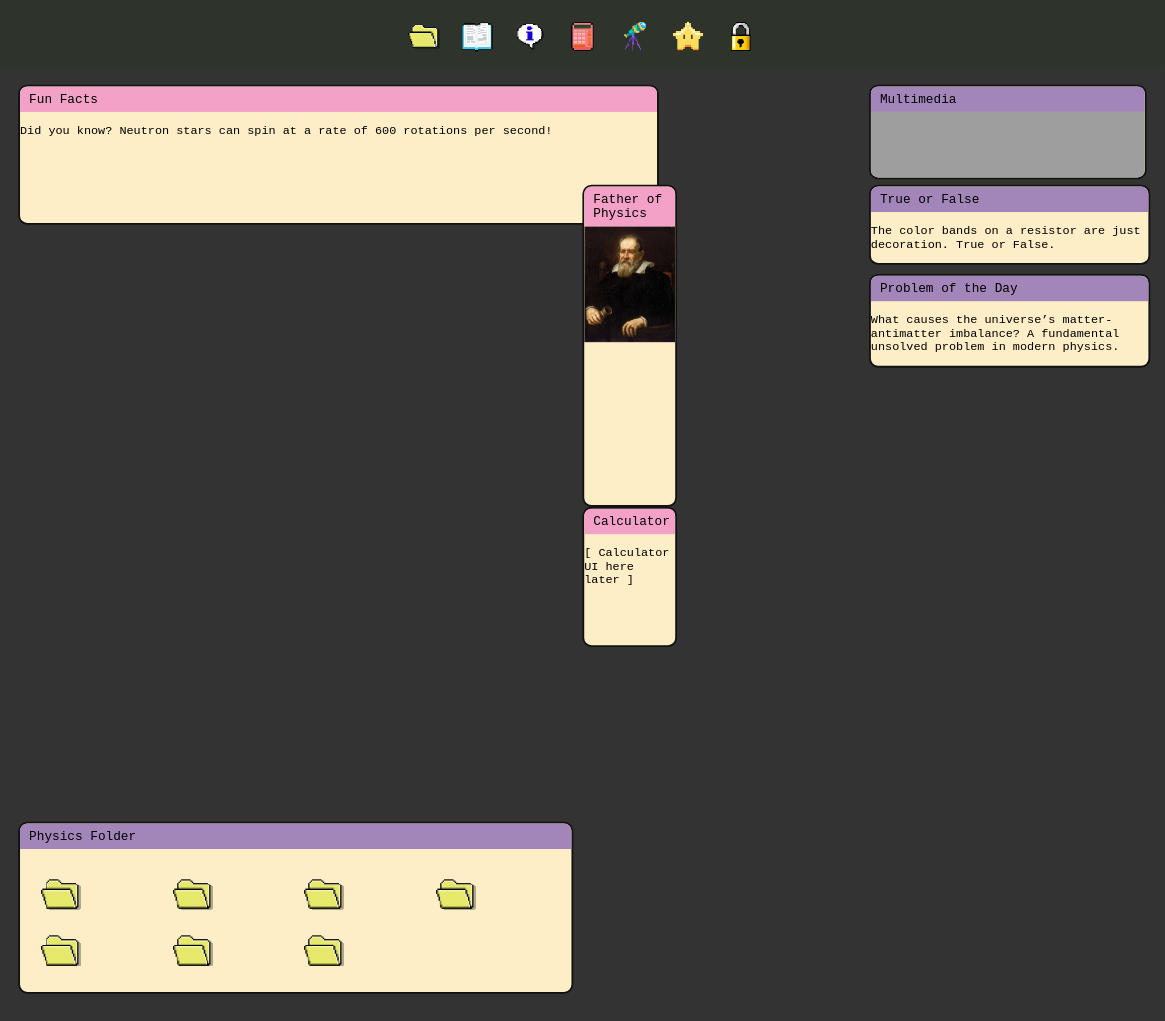
Repository: scarfer14/CCPHYS2L_Project
Page: /dashboard
These files come from the project's save history. The page is drawn as it stood at one moment and after a run of saves; the edit follows.
The browser window is 1280 px wide. The pictures show the whole page, at 91% of full size.
Pictures or frames that could not be fetched are drawn as grey boxes. The project was rebuilt for these pictures with package versions that can differ from the ones it lists, and the page was loaded fresh each time. Also part of the build but not shown: vite.config.js, src/astartsc/start.jsx, src/lessons/folder1.css, src/lessons/folder1.jsx, src/lessons/book.css, src/lessons/book.jsx, src/lessons/email.css, src/lessons/email.jsx and 2 more.

Above is the page before, as saved 2025-05-29 15:34:14.

### index.html
<!doctype html>
<html lang="en">
  <head>
    <meta charset="UTF-8" />
    <link rel="icon" type="image/svg+xml" href="/gal.png" />
    <meta name="viewport" content="width=device-width, initial-scale=1.0" />
    <title>Physics Blast</title>
  </head>
  <link href="https://fonts.googleapis.com/css2?family=Orbitron:wght@500&family=Press+Start+2P&display=swap" rel="stylesheet">
  <body>
    <div id="root"></div>
    <script type="module" src="/src/main.jsx"></script>
  </body>
</html>

### src/index.css
:root {
  font-family: 'Press Start 2P', monospace;
  background-color: #2e342b;
  margin: 0;
  padding: 0;
  box-sizing: border-box;
}

body, html {
  margin: 0;
  padding: 0;
  width: 100%;
  height: 100%;
}

### src/App.jsx
import React from 'react';
import { BrowserRouter as Router, Routes, Route } from 'react-router-dom';

import Start from './astartsc/start';
import Dash from './bdashsc/dashnavbar';
import Dashbody from './bdashsc/dashbody';

import Folder1 from './lessons/folder1';
import Book from './lessons/book';


function Unlock() {
  return (
    <div>
      <Start />
    </div>
  );
}

function Dashboard() {
  return (
    <div>
      <Dash />
      <Dashbody />
    </div>
  );
}

function Lessons() {
  return (
    <div>
      <Folder1 />
      <Book />
    </div>
  );
}

function App() {
  return (
    <Router>
      <Routes>
        <Route path="/" element={<Unlock />} />
        <Route path="/unlock" element={<Unlock />} />
        <Route path="/dashboard" element={<Dashboard />} />
        <Route path="/folder1" element={<Lessons />} />
      </Routes>
    </Router>
  );
}

export default App;

### src/bdashsc/dashnavbar.jsx
import React, { useState } from 'react';
import { useNavigate } from 'react-router-dom';
import './dashnavbar.css';
import Folder1 from '../lessons/folder1';
import Book from '../lessons/book';
import Email from '../lessons/email';
import Telescope from '../lessons/telescope';


const icons = [
  'folder', 'book', 'email', 'calc', 'cat',
  'star', 'lock'
];


export default function DashNavbar() {
  const navigate = useNavigate();
  const [showFolder1, setShowFolder1] = useState(false);
  const [showBook, setShowBook] = useState(false);
  const [showEmail, setShowEmail] = useState(false);
  const [showTelescope, setShowTelescope] = useState(false);

  const handleIconClick = (icon) => {
    if (icon === 'folder') {
      setShowFolder1(true);
    }
    if (icon === 'book') {
      setShowBook(true);
    }
    if (icon === 'email') {
      setShowEmail(true);
    }
    if (icon === 'cat') {
      setShowTelescope(true);
    }
    else if (icon === 'lock')
    {
        navigate('/unlock');
    }
    else if (icon === 'star')
    {
        window.open('https://phet.colorado.edu/sims/html/circuit-construction-kit-dc/latest/circuit-construction-kit-dc_en.html');
    }


  };

  const handleCloseFolder1 = () => {
    setShowFolder1(false);
  };

  const handleCloseBook = () => {
    setShowBook(false);
  };

  const handleCloseEmail = () => {
    setShowEmail(false);
  };

  const handleCloseTelescope = () => {
    setShowTelescope(false);
  };


  return (
    <>
      <div className="dash-navbar">
        {icons.map((icon, index) => (
          <button
            key={index}
            className="icon-button"
            title={icon}
            onClick={() => handleIconClick(icon)}
          >
            <img src={`/assets/icons/${icon}.png`} alt={icon} />
          </button>
        ))}
      </div>

      {showFolder1 && <Folder1 onClose={handleCloseFolder1} />}
      {showBook && <Book onClose={handleCloseBook} />}
      {showEmail && <Email onClose={handleCloseEmail} />}
      {showTelescope && <Telescope onClose={handleCloseTelescope} />}
    </>
  );
}

### src/bdashsc/dashbody.jsx
import React from 'react';
import './dashbody.css';

export default function DashBody() {
  return (
    <div className="dashboard-content">

      <div className="tab fun-facts">
        <div className="tab-header">Fun Facts</div>
        <p>Did you know? Neutron stars can spin at a rate of 600 rotations per second!</p>
      </div>

      <div className="tab multimedia">
        <div className="tab-header1">Multimedia</div>
        <iframe
          src="https://www.youtube.com/embed/pSHVbLPWA28"
          title="Physics Video"
          allowFullScreen
        ></iframe>
      </div>

      <div className="tab physics-folder">
        <div className="tab-header1">Physics Folder</div>
        <div className="folder-grid">
          <img src="/assets/icons/folder.png" alt="Folder 1" />
          <img src="/assets/icons/folder.png" alt="Folder 2" />
          <img src="/assets/icons/folder.png" alt="Folder 3" />
          <img src="/assets/icons/folder.png" alt="Folder 4" />
          <img src="/assets/icons/folder.png" alt="Folder 5" />
          <img src="/assets/icons/folder.png" alt="Folder 6" />
          <img src="/assets/icons/folder.png" alt="Folder 7" />
        </div>
      </div>

    <div className="middle-stack">
      <div className="tab father">
        <div className="tab-header">Father of Physics</div>
        <img src="/assets/icons/galileogalilei.jpg" alt="Galileo Galilei" />
      </div>

      <div className="tab calculator">
        <div className="tab-header">Calculator</div>
        <p>[ Calculator UI here later ]</p>
      </div>
    </div>

      <div className="right-stack">
        <div className="tab fun-fact-2">
          <div className="tab-header1">True or False</div>
          <p>The color bands on a resistor are just decoration. True or False.</p>
        </div>

        <div className="tab problem">
          <div className="tab-header1">Problem of the Day</div>
          <p>
            What causes the universe’s matter-antimatter imbalance? A fundamental unsolved problem in modern physics.
          </p>
        </div>
      </div>

    </div>
  );
}

### src/astartsc/start.css

@import url('https://fonts.googleapis.com/css2?family=Press+Start+2P&display=swap');

body {
  margin: 0;
  background: #2e342b;
  font-family: 'Press Start 2P', monospace;
}

.screen {
  width: 100vw;
  height: 100vh;
  background-color: #2e342b;
  padding: 40px;
  display: flex;
  flex-direction: column;
  align-items: center;
  justify-content: center;
  box-shadow:
    0 0 60px 20px rgba(0, 0, 0, 0.6),
    inset 0 0 200px rgba(0, 0, 0, 0.9),
    inset 0 0 80px rgba(0, 0, 0, 0.7);
  position: relative;
  text-align: center;
  box-sizing: border-box;
  overflow: hidden;
  border-radius: 12px;
}

.welcome {
  color: #99ff99;
  margin-bottom: 10px;
  font-size: 20px;
  margin-bottom: 25px;
}

.title {
  color: #99ff99;
  font-size: 50px;
  line-height: 1.2;
  margin-bottom: 20px;
}

.unlock-btn {
  font-size: 15px;
  background-color: transparent;
  color: #aaffaa;
  border: 1px solid #aaffaa;
  padding: 6px 12px;
  cursor: pointer;
  margin-top: 100px;
  animation: blink 1s infinite alternate;
  font-family: 'Press Start 2P', monospace;
}

.unlock-btn:hover {
  background-color: #333;
}

@keyframes blink {
  from { opacity: 5; }
  to { opacity: 0.4; }
}

### src/bdashsc/dashnavbar.css
.dash-navbar {
  background-color: #2e342b;
  padding: 6px 10px;
  display: flex;
  justify-content: center;
  gap: 10px;
  align-items: center;
}

.icon-button {
  background: transparent;
  border: transparent;
  padding: 4px;
  cursor: pointer;
  transition: transform 0.1s ease-in-out;
}

.icon-button:hover {
  transform: scale(1.1);
  filter: brightness(1.3);
}

.icon-button img {
  margin-top: 10px;
  width: 40px;
  height: 40px;
  image-rendering: pixelated;
}

.popup-overlay {
  position: fixed;
  top: 0;
  left: 0;
  width: 100%;
  height: 100%;
  background: rgba(0, 0, 0, 0.6);
  display: flex;
  justify-content: center;
  align-items: center;
  z-index: 999;
}

.popup-content {
  background: #fff;
  padding: 20px;
  border-radius: 12px;
  width: 80%;
  max-width: 600px;
  max-height: 90vh;
  overflow-y: auto;
  position: relative;
}

.close-btn {
  position: absolute;
  top: 10px;
  right: 14px;
  background: transparent;
  border: none;
  font-size: 24px;
  cursor: pointer;
}

### src/bdashsc/dashbody.css
.dashboard-content {
  display: grid;
  grid-template-columns: 2fr 1fr 1fr;
  grid-template-rows: 100px auto auto; /* <-- added 3rd row */
  gap: 10px;
  padding: 20px;
  background-color: #333;
  grid-template-areas:
    "fun-facts fun-facts multimedia"
    "physics-folder father right-stack"
    ". calculator ."; /* place calculator below father */
}


/* General Tab Styling */
.tab {
  background-color: #fdeec7;
  border: 2px solid #111;
  color: #000000;
  font-family: monospace;
  overflow: hidden;
  border-radius: 10px;
  display: flex;
  flex-direction: column;
}

.tab-header,
.tab-header1 {
  padding: 6px 10px;
  font-size: 14px;
  text-align: left;
}

.tab-header {
  background-color: #f4a1c8;
}

.tab-header1 {
  background-color: #a285b9;
}

/* Grid Area Assignments */
.fun-facts      { grid-area: fun-facts; height: 150px; width: 700px;}
.multimedia     { grid-area: multimedia; height: 100px;}
.physics-folder { grid-area: physics-folder; margin-top: 700px; min-width: 500px; }
.father         { grid-area: father; height: 350px; width: 100px}

/* Right Column Stack */
.right-stack {
  grid-area: right-stack;
  display: flex;
  flex-direction: column;
  gap: 10px;
}

/* Clear old positioning from individually stacked tabs */
.fun-fact-2,
.problem,
.calculator {
  height: auto;
  width: 100%;
}

/* Folders Section */
.physics-folder .folder-grid {
  display: grid;
  grid-template-columns: repeat(4, 1fr);
  margin-top: 5px;
  gap: 12px;
  padding: 20px;
}

.folder-grid img {
  width: 50px;
  height: 50px;
  image-rendering: pixelated;
}

/* Multimedia section (YouTube) */
.multimedia iframe {
  width: 100%;
  height: 100%;
  border: none;
}

.calculator {
  grid-column: 2; /* below father */
  grid-row: 3;    /* new row below father and right-stack */
  width: 100px;
  min-height: 150px;
}

/* Optional: Calculator or image specific tweaks */
.calculator img {
  width: 100%;
  height: auto;
}

.problem {
  width: 100%;
  height: auto;
}

Loaded but not shown: src/main.jsx (common file)

After the next 4 saves:
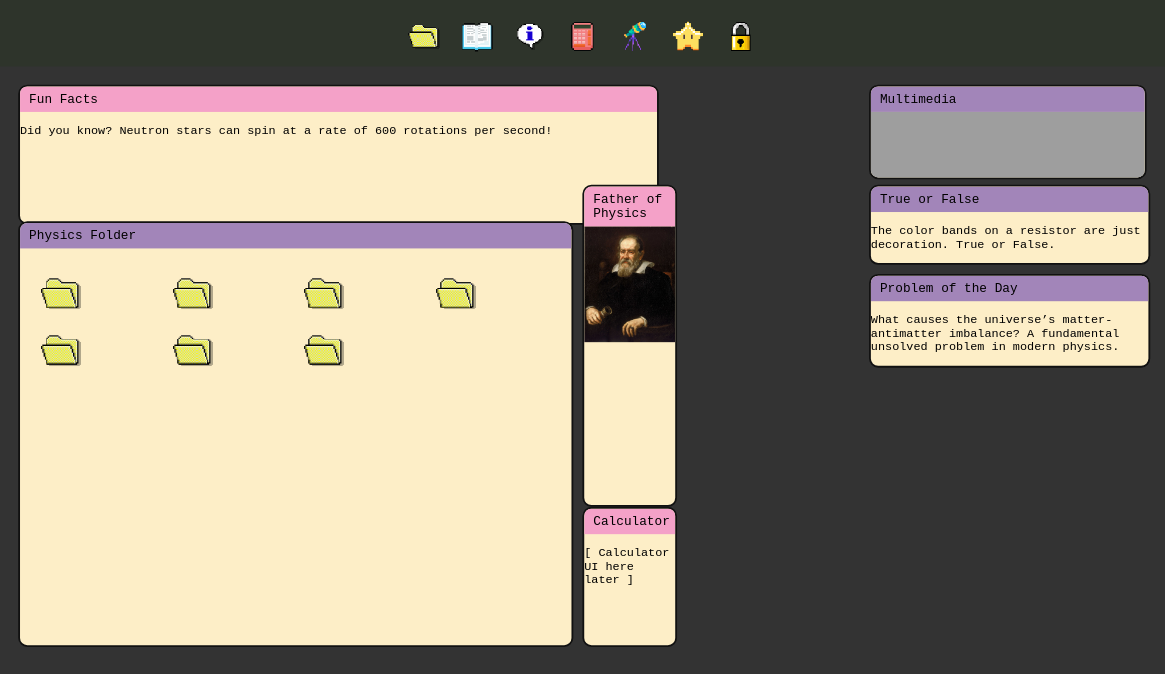
The 4 saves are shown as one change because they came seconds apart.
The last was saved 10 s later.
--- a/src/bdashsc/dashbody.css
+++ b/src/bdashsc/dashbody.css
@@ -42,7 +42,7 @@
 /* Grid Area Assignments */
 .fun-facts      { grid-area: fun-facts; height: 150px; width: 700px;}
 .multimedia     { grid-area: multimedia; height: 100px;}
-.physics-folder { grid-area: physics-folder; margin-top: 700px; min-width: 500px; }
+.physics-folder { grid-area: physics-folder; margin-top: 40px; 700px; min-width: 500px; }
 .father         { grid-area: father; height: 350px; width: 100px}
 
 /* Right Column Stack */
